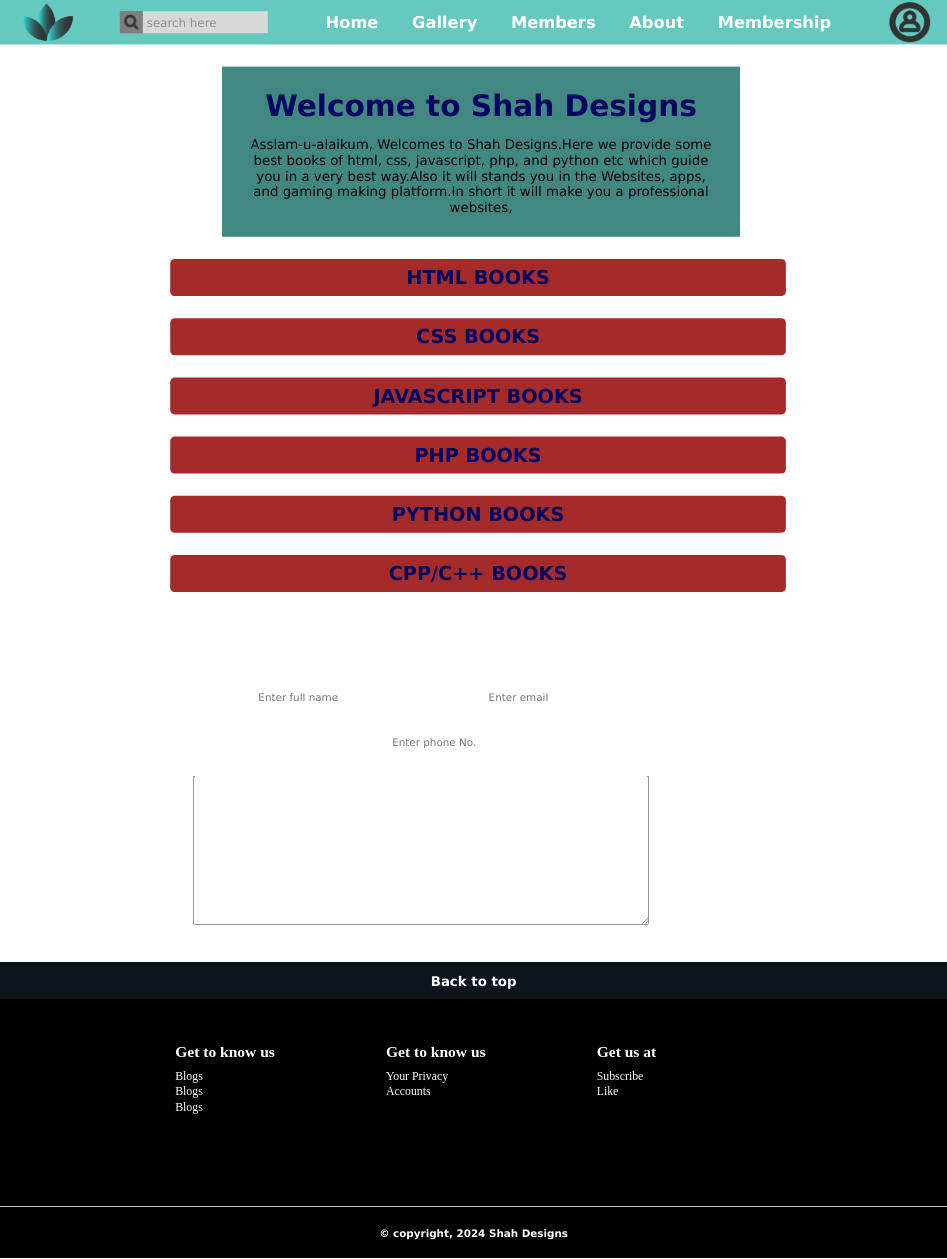
Repository: RawahaMR11/my_assignments
Page: rawaha computer/Shah Designs web/Shah home page.html
The author's editor kept a copy of each file at every save. The page is drawn from the files as they stood at one save, then again after the next save.
The browser window is 1280 px wide. The pictures show the whole page, at 74% of full size.

Above is the page before, as saved 2024-12-13 16:01:48.

After the next save:
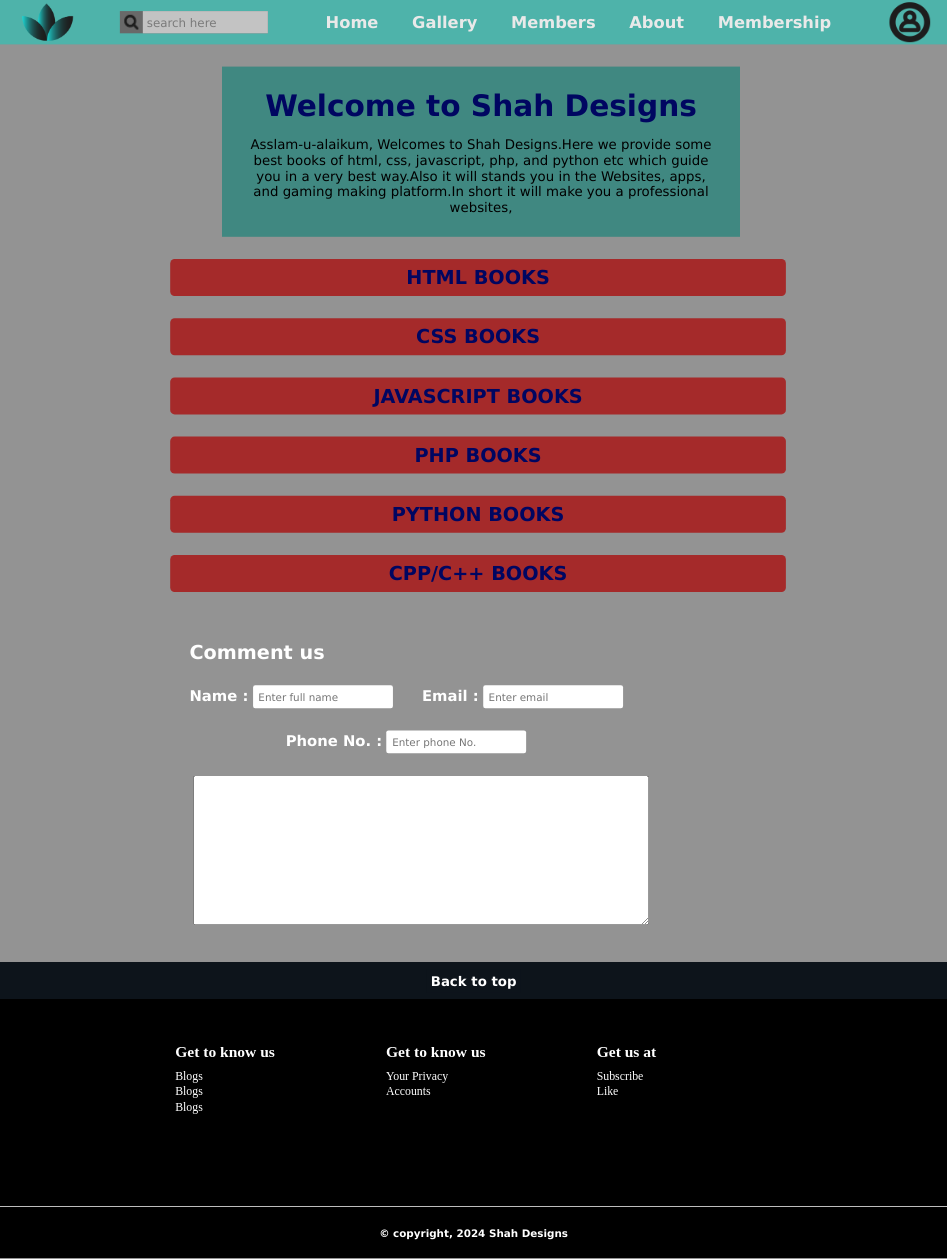
Saved 15 s later.
--- a/rawaha computer/Shah Designs web/Shah home page.css
+++ b/rawaha computer/Shah Designs web/Shah home page.css
@@ -5,7 +5,7 @@
 body {
       display: block;
       font-size: 14px;
-      background-color: rgb(255, 255, 255);
+      background-color: rgb(147, 147, 147);
 }
      /* Style the scrollbar */
 ::-webkit-scrollbar {
